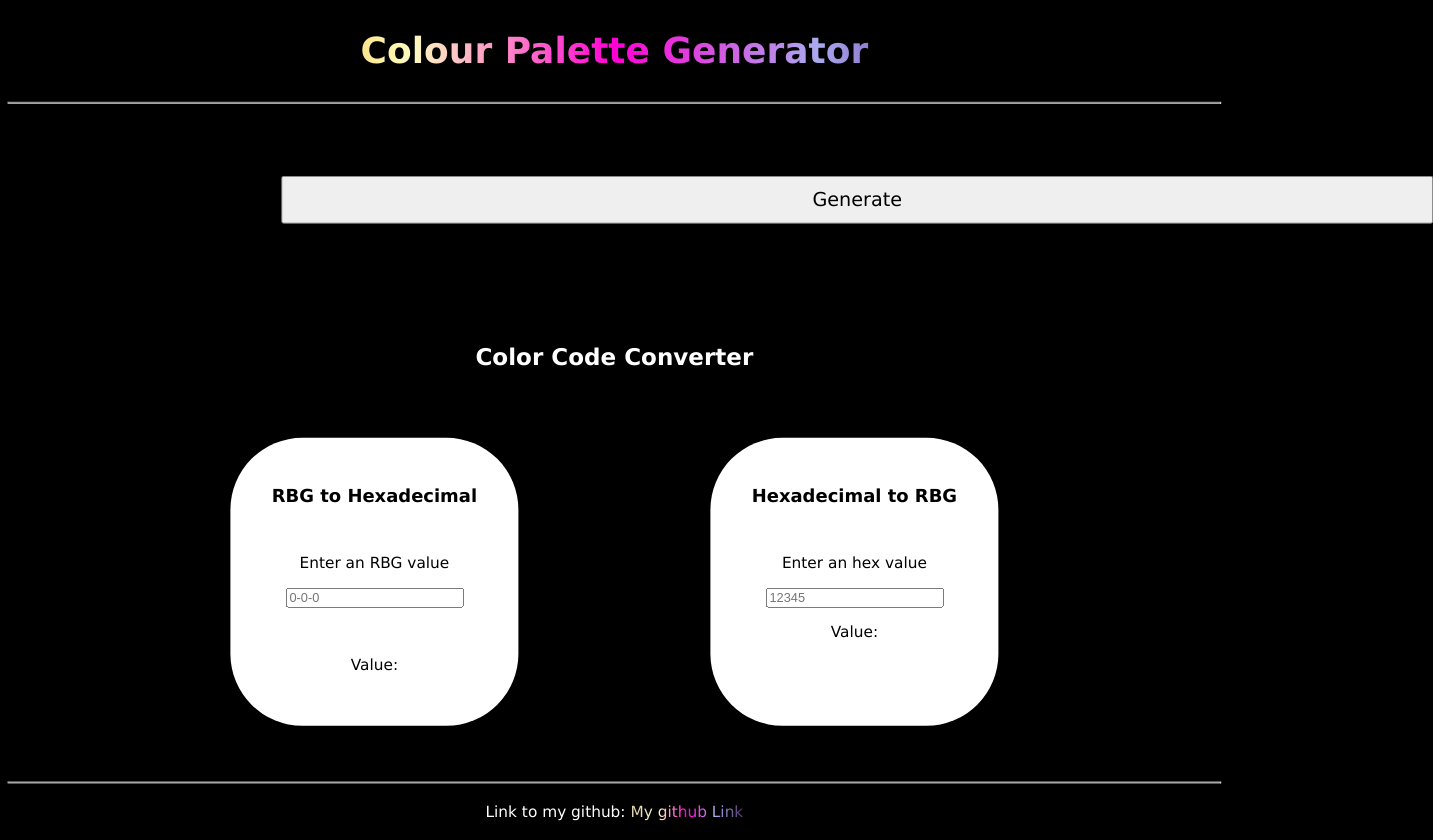
Repository: aedawes/cs260
Page: CreativePro2/index.html
An editor plug-in stored every save of this project. The page is shown before and after the next save, followed by the edit.
The browser window is 1280 px wide. The page is 1493 px wide, so the pictures cover 1493 px, including what lies to the right of the window. The pictures show the whole page, at 96% of full size.

Above is the page before, as saved 2022-02-18 11:49:24.

After the next save:
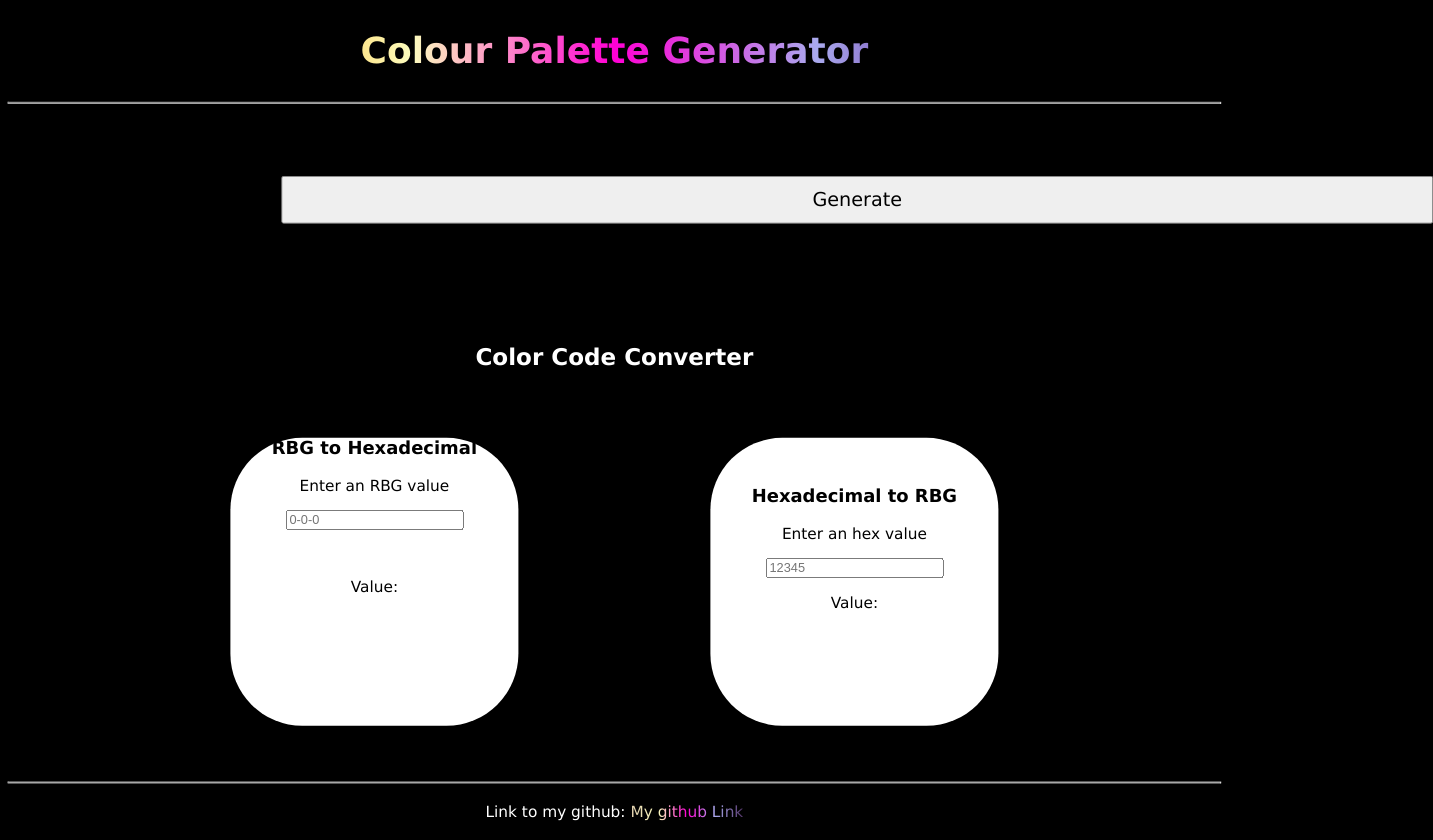
Saved 10 s later.
--- a/CreativePro2/style.css
+++ b/CreativePro2/style.css
@@ -164,7 +164,7 @@
 }
 
 .item.rgbToHex h3, form{
-    margin-top: 50px;
+    margin-top: 0px;
 }
 
 .item.hexToRgb h3{

After the save that followed:
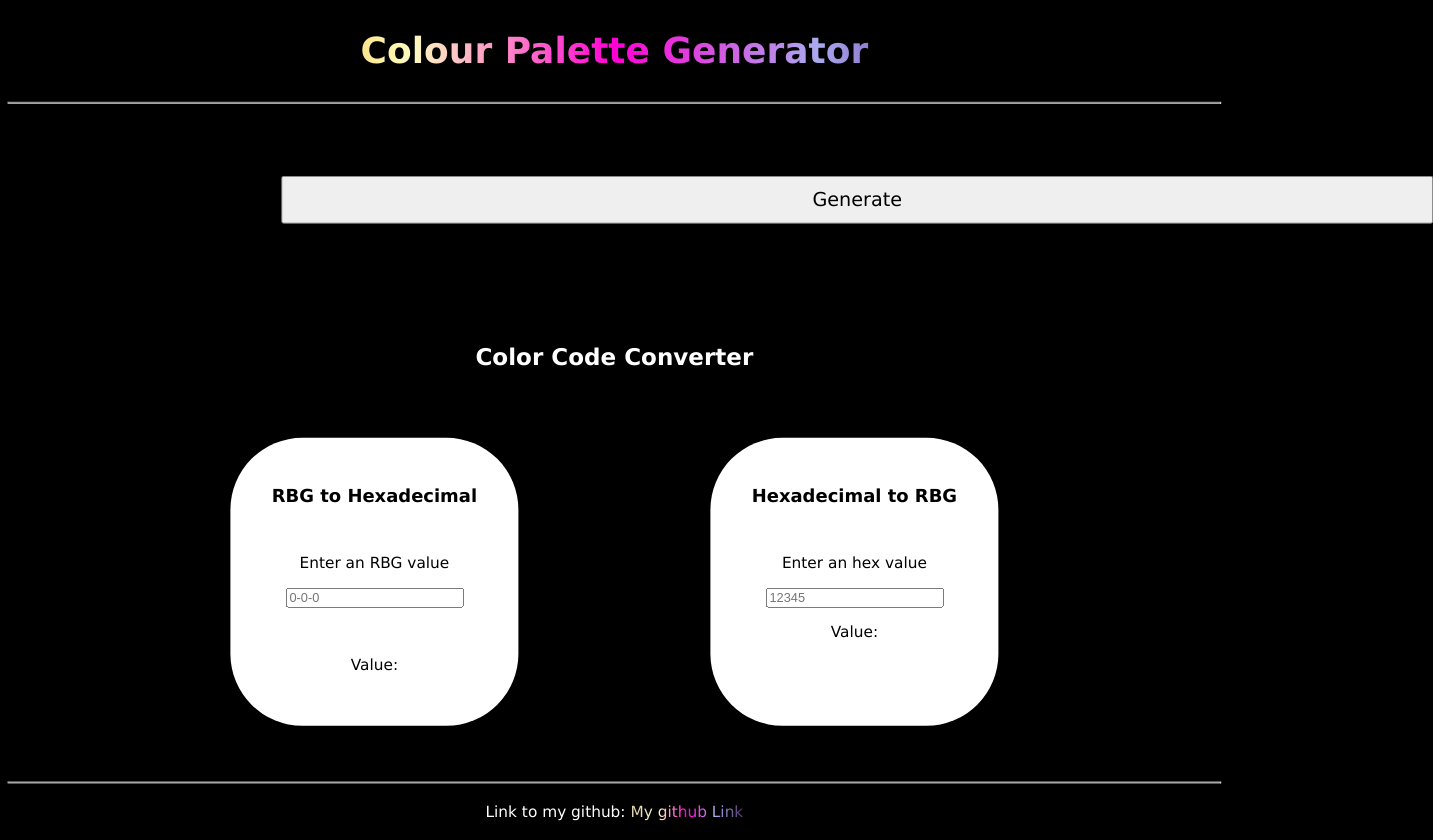
Saved 5 s later.
--- a/CreativePro2/style.css
+++ b/CreativePro2/style.css
@@ -164,7 +164,7 @@
 }
 
 .item.rgbToHex h3, form{
-    margin-top: 0px;
+    margin-top: 50px;
 }
 
 .item.hexToRgb h3{
